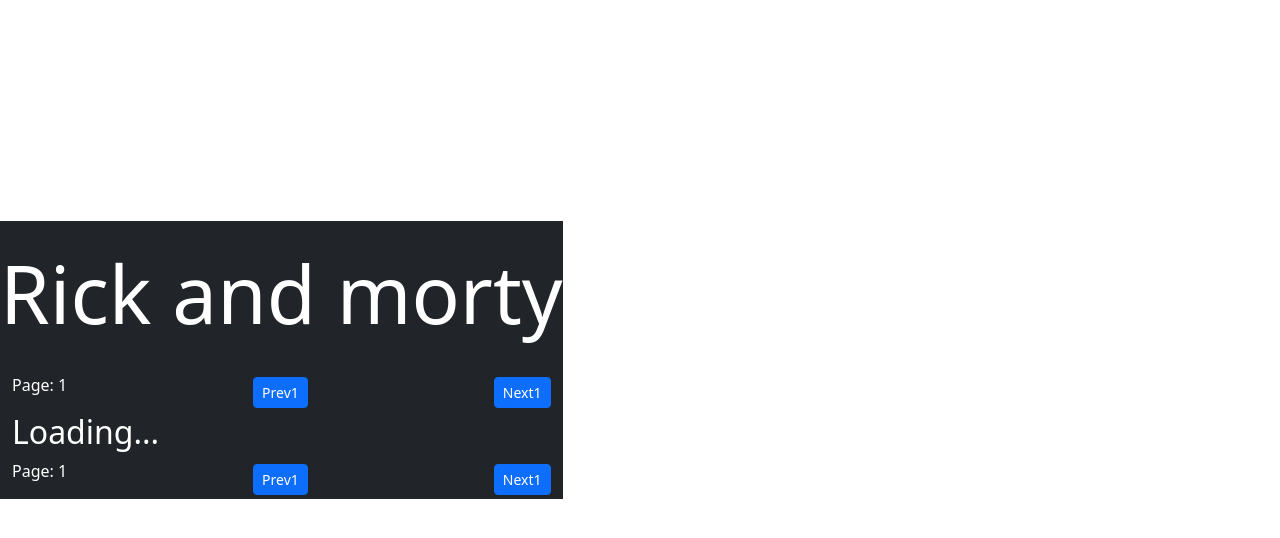
Repository: Ellisvelandia/react-rick-and-morty
Page: /
These files come from the project's save history. The page is drawn as it stood at one moment and after the next save; the edit follows.
The browser window is 1280 px wide. The pictures show the whole page.
The page's requests for data from a server got no answer. The project was rebuilt for these pictures with package versions that can differ from the ones it lists, and the page was loaded fresh each time. No one was signed in, and anything a server would have sent is missing. Also part of the build but not shown: vite.config.js, src/components/Character.jsx.

Above is the page before, as saved 2022-09-08 17:32:09.

### index.html
<!DOCTYPE html>
<html lang="en">
  <head>
    <meta charset="UTF-8" />
    <link rel="icon" type="image/svg+xml" href="/vite.svg" />
    <meta name="viewport" content="width=device-width, initial-scale=1.0" />
    <link href="https://cdn.jsdelivr.net/npm/bootstrap@5.2.1/dist/css/bootstrap.min.css" rel="stylesheet" integrity="sha384-iYQeCzEYFbKjA/T2uDLTpkwGzCiq6soy8tYaI1GyVh/UjpbCx/TYkiZhlZB6+fzT" crossorigin="anonymous">
    <title>Rick and Morty</title>
  </head>
  <body>
    <div id="root"></div>
    <script type="module" src="/src/main.jsx"></script>
    <script src="https://cdn.jsdelivr.net/npm/bootstrap@5.2.1/dist/js/bootstrap.bundle.min.js" integrity="sha384-u1OknCvxWvY5kfmNBILK2hRnQC3Pr17a+RTT6rIHI7NnikvbZlHgTPOOmMi466C8" crossorigin="anonymous"></script>
  </body>
</html>

### src/App.jsx
import CharacterList from "./components/CharacterList";

function App() {
  return (
    <div className="bg-dark text-white">
      <h1 className="text-center display-1 py-4">Rick and morty</h1>
      <CharacterList />
    </div>
  );
}

export default App;

### src/components/CharacterList.jsx
import React, { useEffect, useState } from "react";
import Character from "./Character";

function NavPage(props) {
  return (
    <header className="d-flex justify-content-between align-items-center">
      <p>Page: {props.page}</p>
      <button
        className="btn btn-primary btn-sm "
        onClick={() => props.setPage(props.page - 1)}
      >
        Prev{props.page}
      </button>
      <button
        className="btn btn-primary btn-sm"
        onClick={() => props.setPage(props.page + 1)}
      >
        Next{props.page}
      </button>
    </header>
  );
}

function CharacterList() {
  const [characters, setCharacters] = useState([]);
  const [loading, setLoading] = useState(true);
  const [page, setPage] = useState(1);

  useEffect(() => {
    async function fectData() {
      const response = await fetch(
        `https://rickandmortyapi.com/api/character?page=${page}`
      );
      const data = await response.json();
      setLoading(false);
      setCharacters(data.results);
    }
    fectData();
  }, [page]);

  return (
    <div className="container">
      <NavPage page={page} setPage={setPage} />

      {loading ? (
        <h2>Loading...</h2>
      ) : (
        <div className="row">
          {characters.map((character) => {
            return (
              <div className="col-md-4" key={character.id}>
                <Character character={character} />
              </div>
            );
          })}
        </div>
      )}

      <NavPage page={page} setPage={setPage} />
    </div>
  );
}

export default CharacterList;

Loaded but not shown: src/main.jsx (common file); src/index.css (common file)

After the next save:
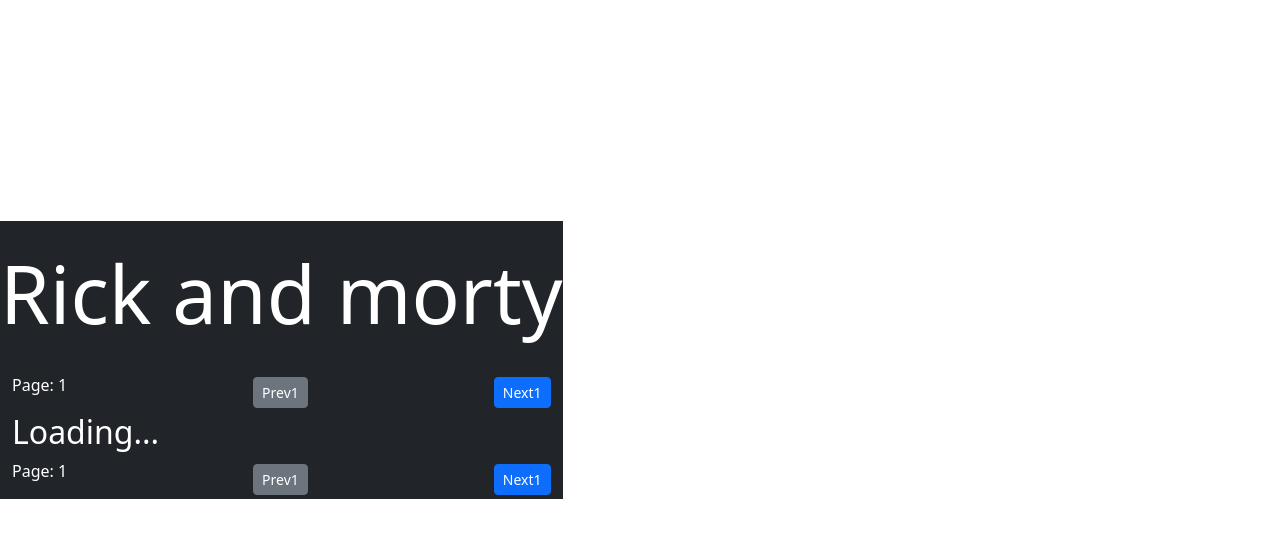
Saved 14 s later.
--- a/src/components/CharacterList.jsx
+++ b/src/components/CharacterList.jsx
@@ -6,7 +6,7 @@
     <header className="d-flex justify-content-between align-items-center">
       <p>Page: {props.page}</p>
       <button
-        className="btn btn-primary btn-sm "
+        className="btn  btn-secondary btn-sm "
         onClick={() => props.setPage(props.page - 1)}
       >
         Prev{props.page}

After the save that followed:
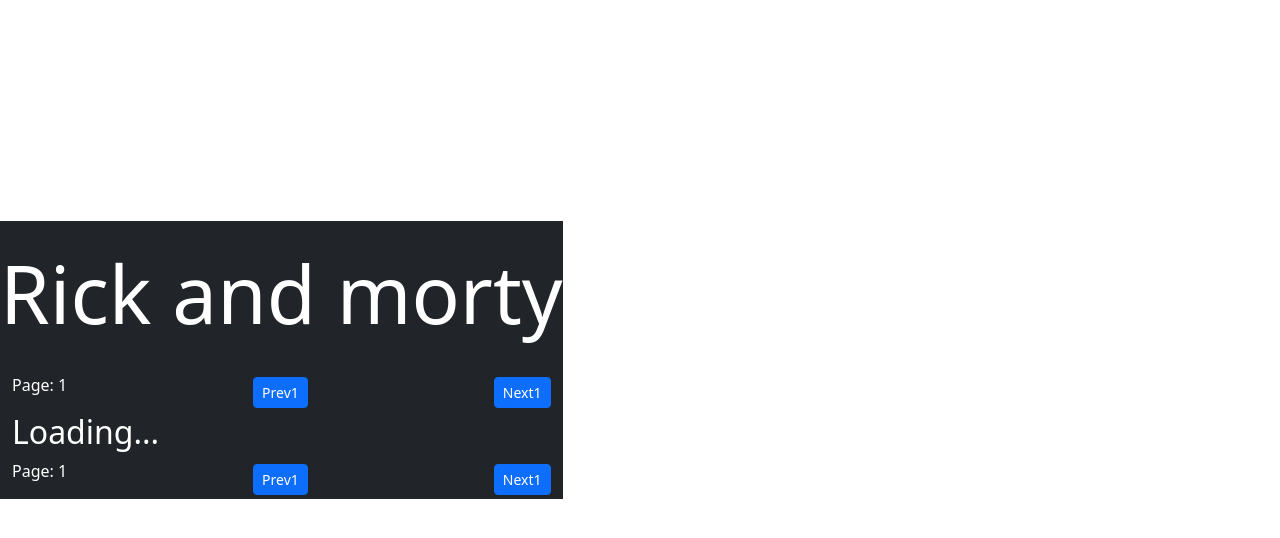
Saved 20 s later.
--- a/src/components/CharacterList.jsx
+++ b/src/components/CharacterList.jsx
@@ -6,7 +6,7 @@
     <header className="d-flex justify-content-between align-items-center">
       <p>Page: {props.page}</p>
       <button
-        className="btn  btn-secondary btn-sm "
+        className="btn btn-primary btn-sm "
         onClick={() => props.setPage(props.page - 1)}
       >
         Prev{props.page}
